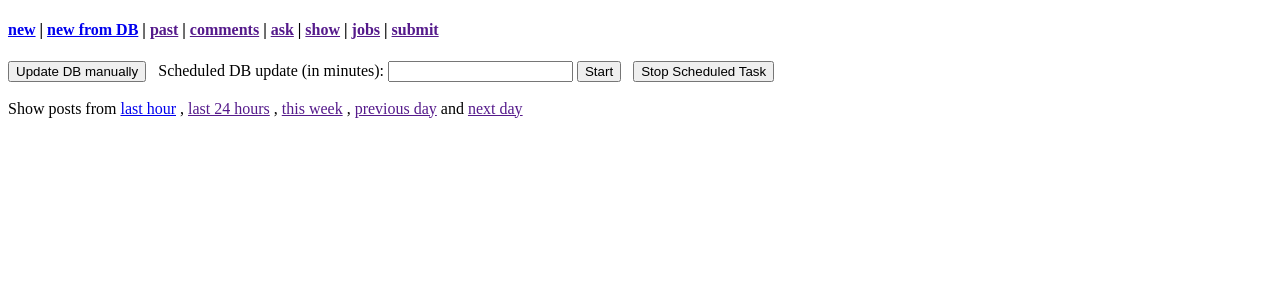
Repository: akshatmaheshwar/HackerNews-Clone
Page: http://localhost/HackerNews/dbnewest
An editor plug-in stored every save of this project. The page is shown before and after the next save, followed by the edit.
The browser window is 1280 px wide. The pictures show the whole page.
The page is served by Tomcat 10. Other server files are loaded and not shown. Queries for data that is not in the repository find no rows.

Above is the page before, as saved 2023-10-13 03:50:51.

### HackerNews/src/main/webapp/newest.jsp
<%@ page language="java" contentType="text/html; charset=ISO-8859-1"
    pageEncoding="ISO-8859-1"%>
    <%@ page import="java.util.ArrayList" %>
    <%@ page import="java.util.Iterator" %>
    <%@ page import="java.net.URI" %>
    <%@ page import="java.util.Calendar"%>
    <%@ page import="com.example.newest.Posts" %>
<!DOCTYPE html>
<html>
<head>
<meta charset="ISO-8859-1">
<title>Hacker News</title>
</head>
<body>
<%!
String timeDiff(Long timeStamp){
	long epoch = System.currentTimeMillis()/1000;
	long difference = epoch - timeStamp;
	if(difference/86400>0)return (difference/86400) + " days ago";
	if(difference/3600>0) return (difference/3600) + " hours ago";
	if (difference/60>0) return (difference/60) + " minutes ago";
	return (difference) + " seconds ago";
}
String getDomainName(String url){
	URI uri;
	try{
		uri = new URI(url);
		String host = uri.getHost();
		String domainName = host.startsWith("www.") ? host.substring(4) : host;
		return "(" + domainName + ")";
	}catch(Exception e){
		System.out.println(e);
	}
	return "";
}
long getTimeStampLastHour(){
	Calendar c = Calendar.getInstance();
	c.setTimeInMillis(System.currentTimeMillis());
	c.add(Calendar.HOUR_OF_DAY,-1);
	return c.getTimeInMillis()/1000;
}
%>
<h4> <a href ="newest">new</a>&nbsp;|&nbsp;<a href ="dbnewest">new from DB</a>&nbsp;|&nbsp;<a href ="">past</a>&nbsp;|&nbsp;<a href ="">comments</a>&nbsp;|&nbsp;<a href ="">ask</a>&nbsp;|&nbsp;<a href ="">show</a>&nbsp;|&nbsp;<a href ="">jobs</a>&nbsp;|&nbsp;<a href ="">submit</a></h4>
<% int startNo = 1;
if(request.getAttribute("pagination")!=null)startNo = (int)request.getAttribute("pagination")-29;%>
	<div style="display: flex;">
	<form action="dbnewest" method="post"><input type="submit" value="Update DB manually"></form> &nbsp; &nbsp;
	<form action="scheduledservlet" method="post">
        Scheduled DB update (in minutes): <input type="text" name="intervalMinutes" required>
        <input type="submit" value="Start">
    </form> &nbsp; &nbsp;
    <form action="stopscheduledservlet" method="post"><input type="submit" value="Stop Scheduled Task"></form></div>

    <br>
    <div>Show posts from <a href = "dbnewest?fromtime=<%=getTimeStampLastHour()%>">last hour</a> , <a href = "">last 24 hours</a> , <a href = "">this week</a> , <a href = "">previous day</a> and <a href = "">next day</a></div>
<ol start = <%=startNo%>>
     <%
    ArrayList<Posts> postList = (ArrayList<Posts>)request.getAttribute("postList");

    if (postList != null) {
        Iterator<Posts> iterator = postList.iterator();
        while (iterator.hasNext()) {
            Posts item = iterator.next();
%>
            <li><span><a href ="<%=item.getUrl()%>"><%= item.getTitle() %></a> <%= getDomainName(item.getUrl())%> </span>
            <p><%=item.getScore()%> point &nbsp; Posted by <%=item.getBy() %> &nbsp; <%= timeDiff(item.getTime()) %><%if(item.getKids()!=null&&item.getKids().size()>0){%> &nbsp; <a href = "postcomments?postId=<%=item.getId()%>"> <%=item.getKids().size()%> comments</a><%}%></p></li>
<%
        }
    }
%>
</ol>
<%if(request.getAttribute("pagination")!=null&&postList!=null&&!postList.isEmpty()){%> <a href = "dbnewest?pagination=${pagination}"> More</a><%} %>
</body>
</html>

### HackerNews/src/main/java/com/example/newest/DBNewestServlet.java
package com.example.newest;

import jakarta.servlet.ServletException;
import jakarta.servlet.annotation.WebServlet;
import jakarta.servlet.http.HttpServlet;
import jakarta.servlet.http.HttpServletRequest;
import jakarta.servlet.http.HttpServletResponse;
import java.io.IOException;
import java.math.BigDecimal;
import java.net.URL;
import java.sql.Connection;
import java.sql.DriverManager;
import java.sql.PreparedStatement;
import java.sql.ResultSet;
import java.sql.SQLException;
import java.sql.Statement;
import java.sql.Timestamp;
import java.time.Instant;
import java.util.ArrayList;
import java.util.List;
import java.util.Scanner;

import javax.net.ssl.HttpsURLConnection;

import com.fasterxml.jackson.databind.ObjectMapper;
@WebServlet("/dbnewest")
public class DBNewestServlet extends HttpServlet {
	private static final long serialVersionUID = 1L;

    public DBNewestServlet() {
        super();
    }
	protected void doGet(HttpServletRequest request, HttpServletResponse response) throws ServletException, IOException {
		int pagination = 0;
		long fromTime = 0;
		if(request.getParameter("pagination")!=null)pagination = Integer.parseInt(request.getParameter("pagination"));
		if(request.getParameter("fromtime")!=null)fromTime = Long.parseLong(request.getParameter("fromtime"));
	    try {
			Class.forName("com.mysql.cj.jdbc.Driver");
		} catch (ClassNotFoundException e) {
			e.printStackTrace();
		}
	    try(Connection con = DriverManager.getConnection("jdbc:mysql://localhost:3306/HackerNews","root","root")){
	    	Statement st = con.createStatement();
	    	ResultSet rs = st.executeQuery("SELECT * FROM HackerNewsPost WHERE time > "+fromTime+" ORDER BY time DESC LIMIT 30 OFFSET " + pagination );
	    	List<Posts> postList = new ArrayList<Posts>();
	    	while(rs.next()) {
	    		Posts post = new Posts();
	    		List<Integer> kidsId = new ArrayList<>();

	            try (Statement st1 = con.createStatement();
	                 ResultSet rs1 = st1.executeQuery("SELECT id FROM HackerNewsComments WHERE parent_id = " + rs.getInt("id"))) {

	                while (rs1.next()) {
	                    kidsId.add(rs1.getInt("id"));
	                }
	            }
	    		post.setKids(kidsId);
	    		post.setId(rs.getInt("id"));
	    		post.setBy(rs.getString("posted_by"));
	    		post.setDescendants(rs.getInt("descendants"));
	    		post.setScore(rs.getInt("score"));
	    		post.setText(rs.getString("text"));
	    		post.setTime(rs.getLong("time"));
	    		post.setTitle(rs.getString("title"));
	    		post.setType(rs.getString("type"));
	    		post.setUrl(rs.getString("url"));
	    		postList.add(post);
	    	}
	    	request.setAttribute("postList", postList);
	    }catch(Exception e) {e.printStackTrace();}
	    request.setAttribute("pagination", pagination+30);
        request.getRequestDispatcher("/newest.jsp").forward(request, response);

	}

	protected void doPost(HttpServletRequest request, HttpServletResponse response) throws ServletException, IOException {

		URL urlObj = new URL("https://hacker-news.firebaseio.com/v0/newstories.json?print=pretty");
		HttpsURLConnection connection = (HttpsURLConnection) urlObj.openConnection();
		connection.setRequestMethod("GET");
		int responseCode = connection.getResponseCode();

		if(responseCode == HttpsURLConnection.HTTP_OK) {
			StringBuilder sb = new StringBuilder();
			Scanner sc = new Scanner(connection.getInputStream());

			while(sc.hasNext())sb.append(sc.nextLine());
			sc.close();

			ObjectMapper om = new ObjectMapper();
			@SuppressWarnings("unchecked")
			List<Integer> jsonArr = om.readValue(sb.toString(),List.class);
			List<Posts> postList = new ArrayList<Posts>();

			for(int i=0;i<30;i++) {
				URL urlObj1 = new URL("https://hacker-news.firebaseio.com/v0/item/"+jsonArr.get(i)+".json?print=pretty");
				HttpsURLConnection connection1 = (HttpsURLConnection) urlObj1.openConnection();
				connection1.setRequestMethod("GET");
				int responseCode1 = connection1.getResponseCode();

				if(responseCode1 == HttpsURLConnection.HTTP_OK) {
					StringBuilder sb1 = new StringBuilder();
					Scanner sc1 = new Scanner(connection1.getInputStream());

					while(sc1.hasNext())sb1.append(sc1.nextLine());
					sc1.close();

					ObjectMapper om1 = new ObjectMapper();
					try{
						Posts post = om1.readValue(sb1.toString(),Posts.class);
						postList.add(post);
					}catch(Exception e) {
						System.out.println(e);
					}
				}
			}
			try {
			    Class.forName("com.mysql.cj.jdbc.Driver");
			} catch (ClassNotFoundException e) {
			    e.printStackTrace();
			}
			try(Connection con = DriverManager.getConnection("jdbc:mysql://localhost:3306/HackerNews","root","root")){
				try(PreparedStatement pst = con.prepareStatement("INSERT IGNORE INTO HackerNewsPost(id,posted_by,descendants,score,text,time,title,type,url) values(?,?,?,?,?,?,?,?,?)")){
					for(Posts post : postList) {
						pst.setInt(1, post.getId());
						pst.setString(2, post.getBy());
						pst.setInt(3, post.getDescendants());
						pst.setInt(4, post.getScore());
						pst.setString(5, post.getText());
						pst.setBigDecimal(6, new BigDecimal(post.getTime()));
						pst.setString(7,post.getTitle());
						pst.setString(8, post.getType());
						pst.setString(9,post.getUrl());
						pst.executeUpdate();
					}
					System.out.println("Updated DB successfully!");
				}catch(Exception e) {e.printStackTrace();}
			}catch(Exception e) {e.printStackTrace();}
			request.setAttribute("postList", postList);
			request.getRequestDispatcher("/comments").forward(request, response);
//			response.sendRedirect("dbnewest");
		}
	}

}

After the next save:
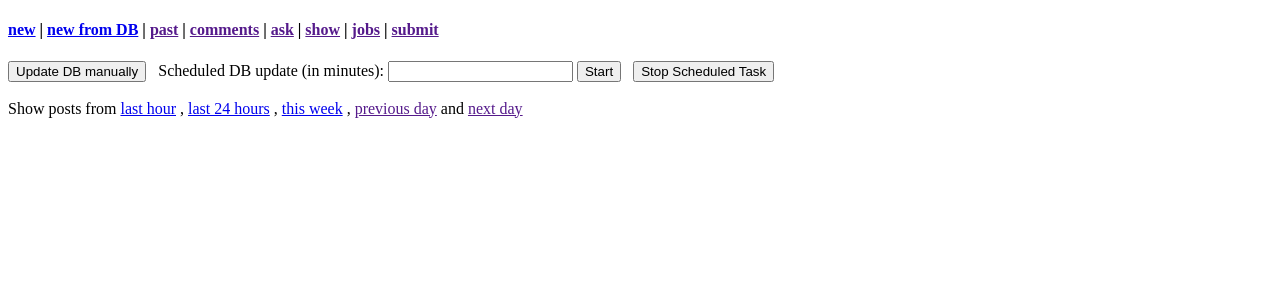
Saved 28 min 53 s later.
--- a/HackerNews/src/main/webapp/newest.jsp
+++ b/HackerNews/src/main/webapp/newest.jsp
@@ -39,6 +39,24 @@ long getTimeStampLastHour(){
 	c.add(Calendar.HOUR_OF_DAY,-1);
 	return c.getTimeInMillis()/1000;
 }
+long getTimeStampLast24Hour(){
+	Calendar c = Calendar.getInstance();
+	c.setTimeInMillis(System.currentTimeMillis());
+	c.add(Calendar.DAY_OF_MONTH,-1);
+	return c.getTimeInMillis()/1000;
+}
+long getTimeStampThisWeek(){
+	Calendar c = Calendar.getInstance();
+	c.setTimeInMillis(System.currentTimeMillis());
+    int daysUntilSunday = Calendar.SUNDAY - c.get(Calendar.DAY_OF_WEEK);
+    daysUntilSunday = daysUntilSunday>0? daysUntilSunday - 7:0;
+    c.add(Calendar.DAY_OF_MONTH, daysUntilSunday);
+    c.set(Calendar.HOUR_OF_DAY, 0);
+    c.set(Calendar.MINUTE, 0);
+    c.set(Calendar.SECOND, 0);
+    c.set(Calendar.MILLISECOND, 0);
+	return c.getTimeInMillis()/1000;
+}
 %>
 <h4> <a href ="newest">new</a>&nbsp;|&nbsp;<a href ="dbnewest">new from DB</a>&nbsp;|&nbsp;<a href ="">past</a>&nbsp;|&nbsp;<a href ="">comments</a>&nbsp;|&nbsp;<a href ="">ask</a>&nbsp;|&nbsp;<a href ="">show</a>&nbsp;|&nbsp;<a href ="">jobs</a>&nbsp;|&nbsp;<a href ="">submit</a></h4>
 <% int startNo = 1;
@@ -52,7 +70,7 @@ if(request.getAttribute("pagination")!=null)startNo = (int)request.getAttribute(
     <form action="stopscheduledservlet" method="post"><input type="submit" value="Stop Scheduled Task"></form></div>
 
     <br>
-    <div>Show posts from <a href = "dbnewest?fromtime=<%=getTimeStampLastHour()%>">last hour</a> , <a href = "">last 24 hours</a> , <a href = "">this week</a> , <a href = "">previous day</a> and <a href = "">next day</a></div>
+    <div>Show posts from <a href = "dbnewest?fromtime=<%=getTimeStampLastHour()%>">last hour</a> , <a href = "dbnewest?fromtime=<%=getTimeStampLast24Hour()%>">last 24 hours</a> , <a href = "dbnewest?fromtime=<%=getTimeStampThisWeek()%>">this week</a> , <a href = "">previous day</a> and <a href = "">next day</a></div>
 <ol start = <%=startNo%>>
      <%
     ArrayList<Posts> postList = (ArrayList<Posts>)request.getAttribute("postList");
